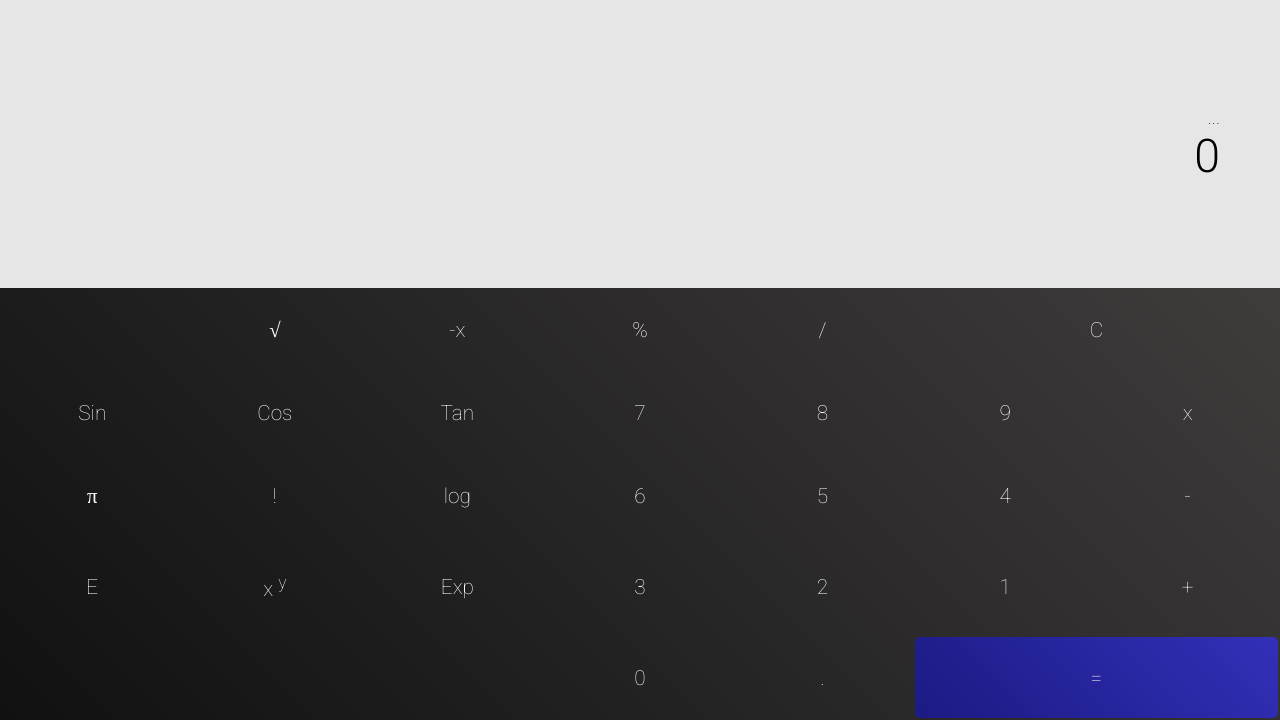
Repository: iamevs/calculator-electron-js
Page: src/index.html
These files come from the project's save history. The page is drawn as it stood at one moment and after the next save; the edit follows.
The browser window is 1280 px wide. The pictures show the whole page.

Above is the page before, as saved 2022-11-01 16:54:29.

After the next save:
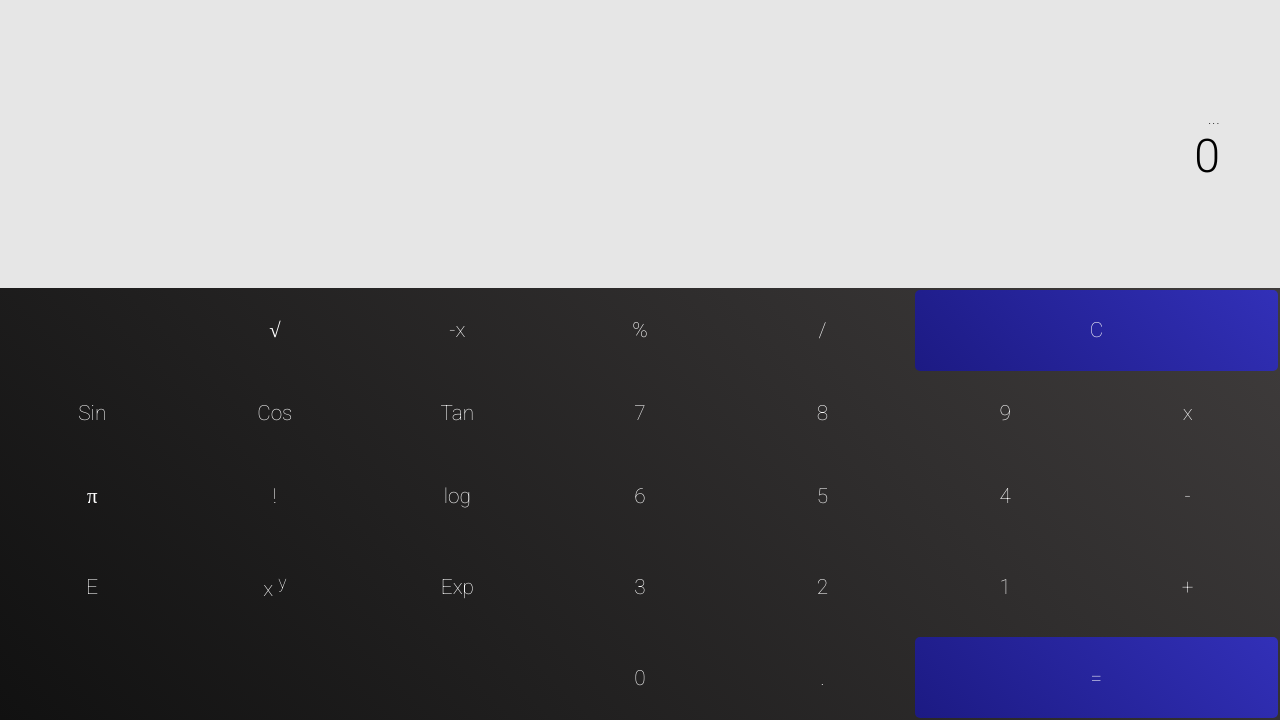
Saved 15 s later.
--- a/src/index.html
+++ b/src/index.html
@@ -25,7 +25,7 @@
                 <td data-function="negpos">-x</td>
                 <td data-function="percent">%</td>
                 <td data-function="divide">/</td>
-                <td data-function="clear" colspan="2">C</td>
+                <td data-function="clear" colspan="2" class="clear-enable">C</td>
             </tr>
             <tr>
                 <td data-function="sin">Sin</td>
